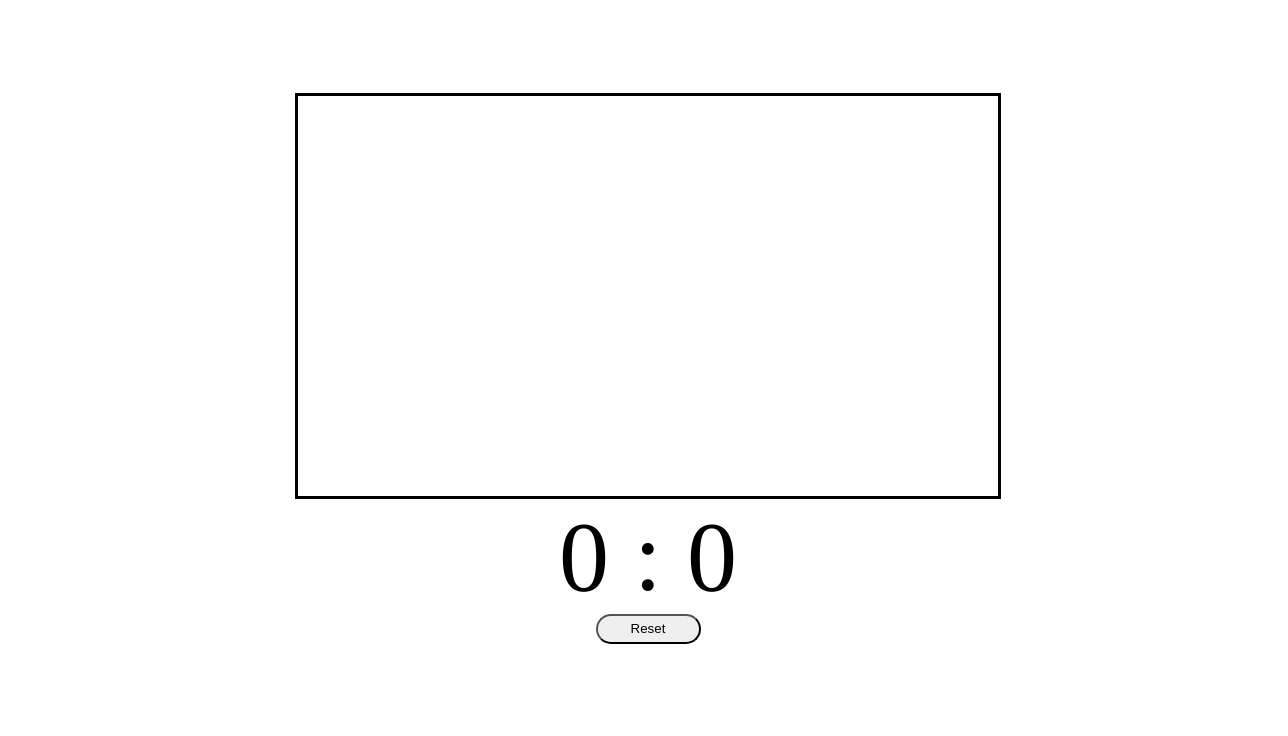
Repository: zacheys123/ping-pong
Page: index.html
The author's editor kept a copy of each file at every save. The page is drawn from the files as they stood at one save, then again after the next save.
The browser window is 1280 px wide. The page is 1288 px wide, so the pictures cover 1288 px, including what lies to the right of the window. The pictures show the whole page.

Above is the page before, as saved 2023-06-30 23:28:06.

### index.html
<html lang="en">
	<head>
		<meta charset="UTF-8" />
		<meta http-equiv="X-UA-Compatible" content="IE=edge" />
		<meta
			name="viewport"
			content="width=device-width, initial-scale=1.0"
		/>
		<title>Ping pong</title>
		<link rel="stylesheet" href="style.css" />
	</head>
	<body>
		<div id="gamecontainer">
			<canvas id="gameboard"></canvas>
			<div id="scoretext">0 : 0</div>
			<button id="resetbutton">Reset</button>
		</div>

		<script src="index.js"></script>
	</body>
</html>

### style.css
body {
	display: flex;
	justify-content: center;
	align-items: center;
	position: relative;
	width: 100vw;
	height: 100vh;
}
#gamecontainer {
	position: absolute;
	width: 100%;
	text-align: center;
}
#gameboard {
	border: 3px solid;
}
#scoretext {
	font-family: 'consolas' cursive;
	font-size: 100px;
}
#resetbutton {
	font-family: 'monospace' cursive;
	border-radius: 15px;
	cursor: pointer;
	width: 105px;
	height: 30px;
}

### index.js
const canvas = document.querySelector('#gameboard');
const ctx = canvas.getContext('2d');
const scoreText = document.querySelector('#scoretext');
canvas.width = 700;
canvas.height = 400;
const gamewidth = canvas.width;
const gameheight = canvas.height;
const resetbutton = document.querySelector('#resetbutton');
const paddle1color = 'lightblue';
const paddle2color = 'red';
const gameColor = 'forestgreen';
const paddleBorder = 'black';
const ballcolor = 'yellow';
const ballborder = 'black';
const ballradius = 12.5;
const paddlespeed = 50;

let intervalId = 0;
let ballspeed = 1;
let ballX = gamewidth / 2;
let ballY = gameheight / 2;
let ballXdirection = 0;
let ballYdirection = 0;
let player1core = 0;
let player2core = 0;
let paddle1 = { width: 25, height: 100, x: 0, y: 0 };
let paddle2 = {
	width: 25,
	height: 100,
	x: gamewidth - 25,
	y: gameheight - 100,
};

addEventListener('keydown', changeDirections, true);
addEventListener('click', reset, true);

gameStart();

function gameStart() {}
function nextTick() {}
function drawBall() {}
function clearBoard() {}
function changeDirections() {}
function createBall() {}
function moveBall() {}
function checkCollision() {}
function drawPaddles() {
	ctx.strokeStyle = paddleBorder;
	ctx.fillStyle = paddle1color;
	ctx.fillRect(paddle1.x, paddle1.y, paddle1.width, paddle1.height);
	ctx.strokeRect(paddle1.x, paddle1.y, paddle1.width, paddle1.height);
	ctx.fillStyle = paddle2color;
	ctx.fillRect(paddle2.x, paddle2.y, paddle2.width, paddle2.height);
	ctx.strokeRect(paddle2.x, paddle2.y, paddle2.width, paddle2.height);
}
function updateScore() {}
function reset() {}

After the next save:
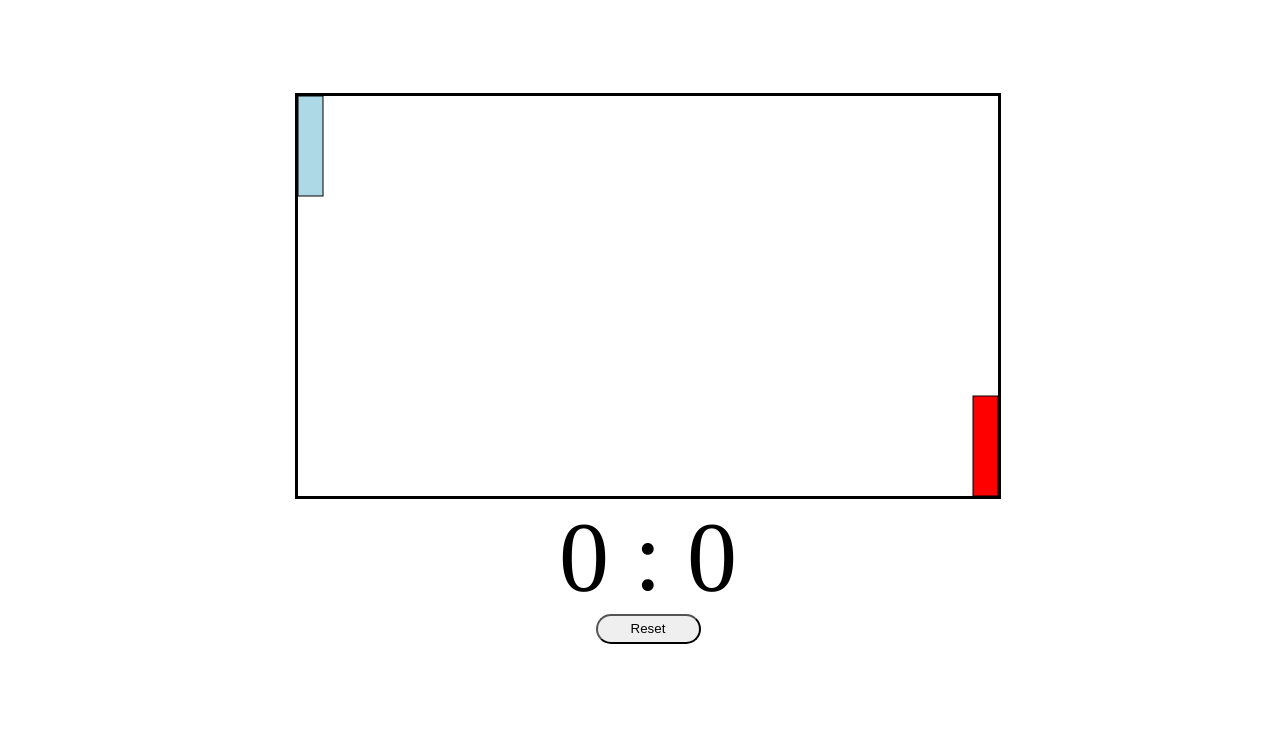
Saved 18 s later.
--- a/index.js
+++ b/index.js
@@ -36,7 +36,9 @@
 
 gameStart();
 
-function gameStart() {}
+function gameStart() {
+	drawPaddles();
+}
 function nextTick() {}
 function drawBall() {}
 function clearBoard() {}

After the 3 saves that followed:
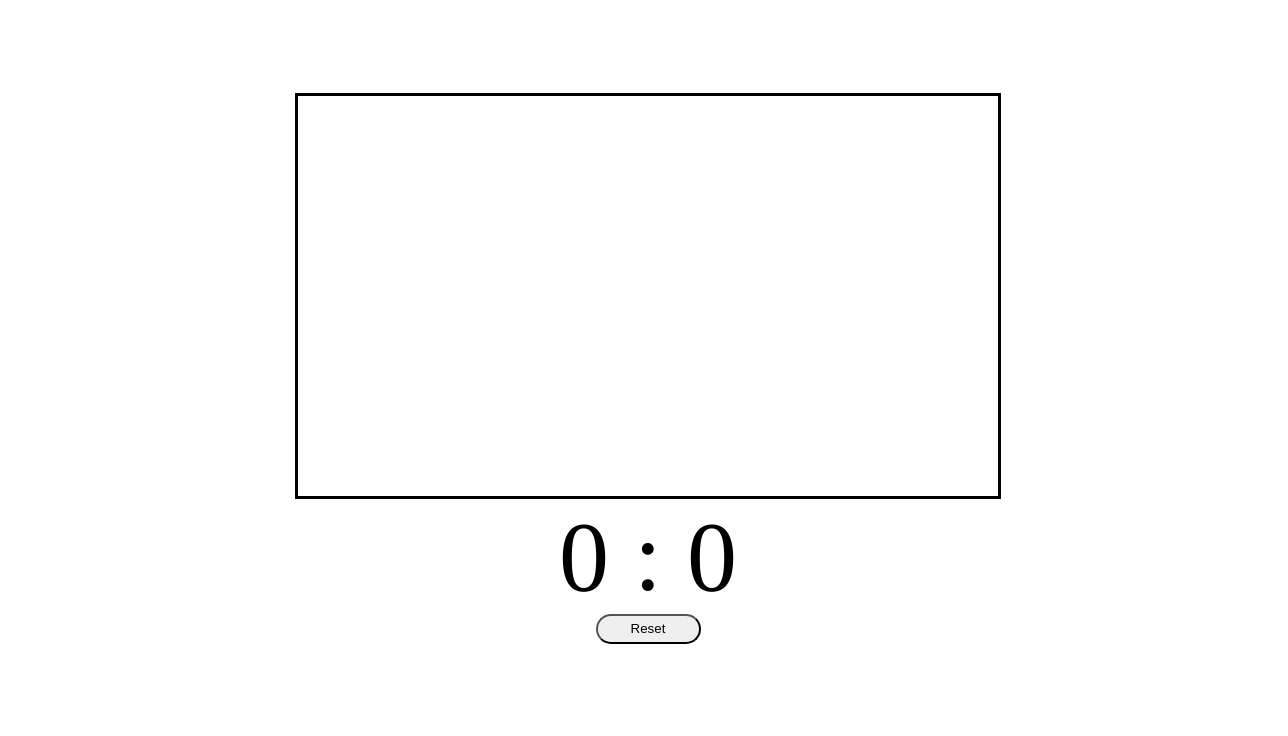
The 3 saves are shown as one change because 2 left the picture as it was.
The last was saved 83 s later.
--- a/index.js
+++ b/index.js
@@ -36,9 +36,7 @@
 
 gameStart();
 
-function gameStart() {
-	drawPaddles();
-}
+function gameStart() {}
 function nextTick() {}
 function drawBall() {}
 function clearBoard() {}
